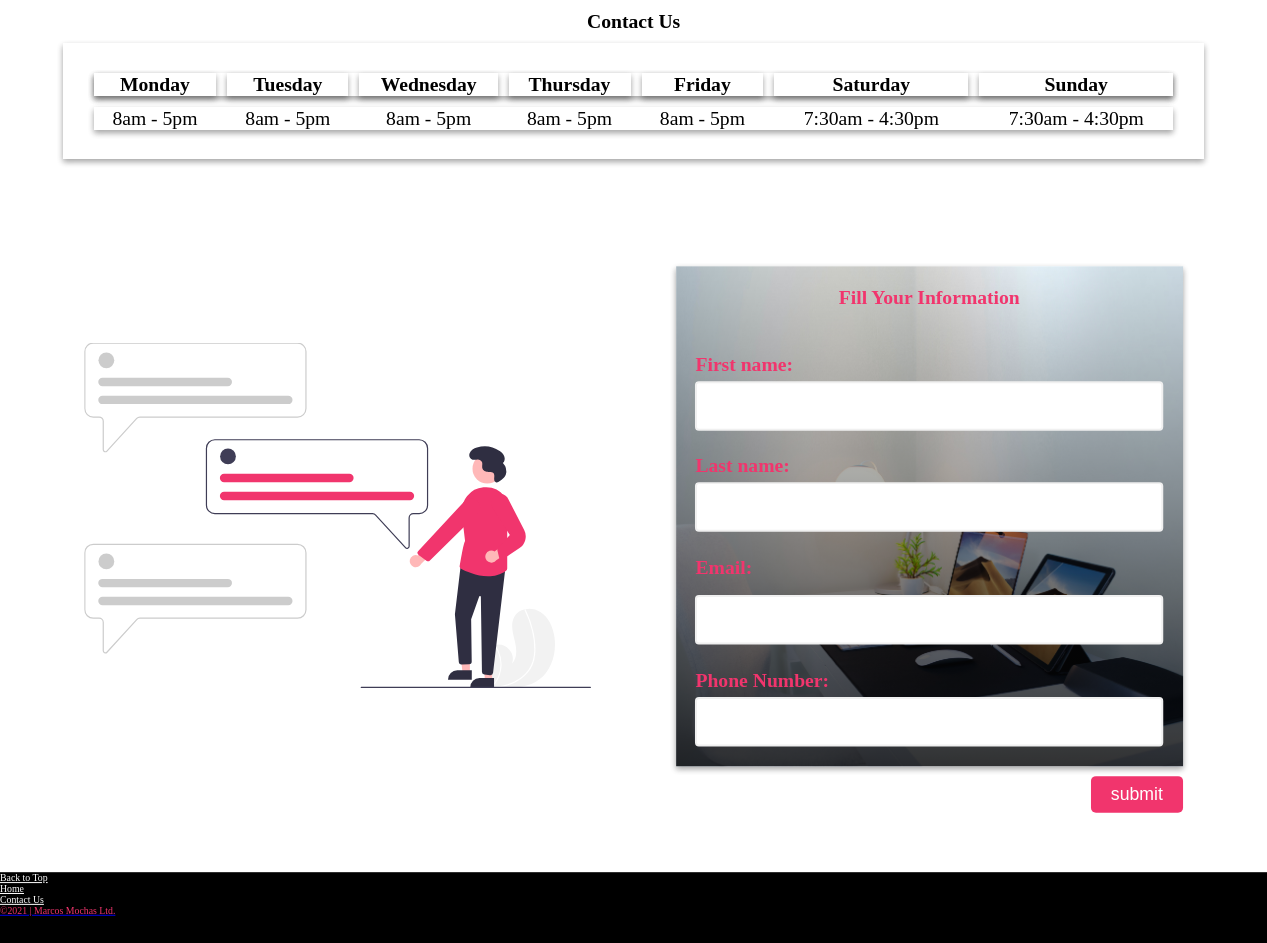
Repository: CAMPSLOPY/marcos-mochas
Page: HTML/contact.html
The author's editor kept a copy of each file at every save. The page is drawn from the files as they stood at one save, then again after a run of saves.
The browser window is 1280 px wide. The pictures show the whole page, at 99% of full size.

Above is the page before, as saved 2021-07-02 21:48:53.

After the next 2 saves:
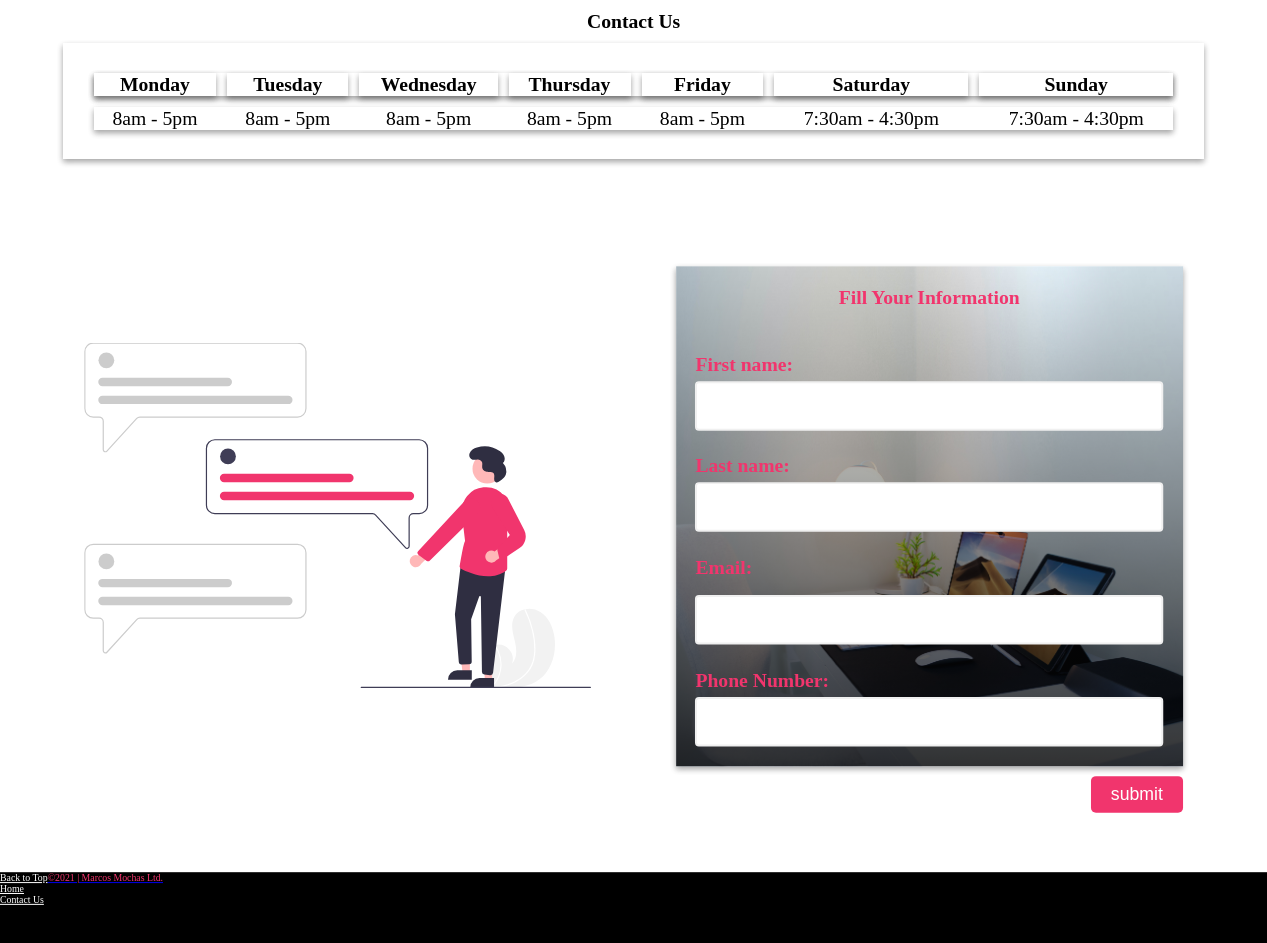
The 2 saves are shown as one change because they came seconds apart.
The last was saved 6 s later.
--- a/CSS/contact.css
+++ b/CSS/contact.css
@@ -18,7 +18,8 @@
 footer {
   min-height: 10vh;
   background: black;
-  dispa
+  display: flex;
+  flex
 }
 
 footer ul li a {

After the 5 saves that followed:
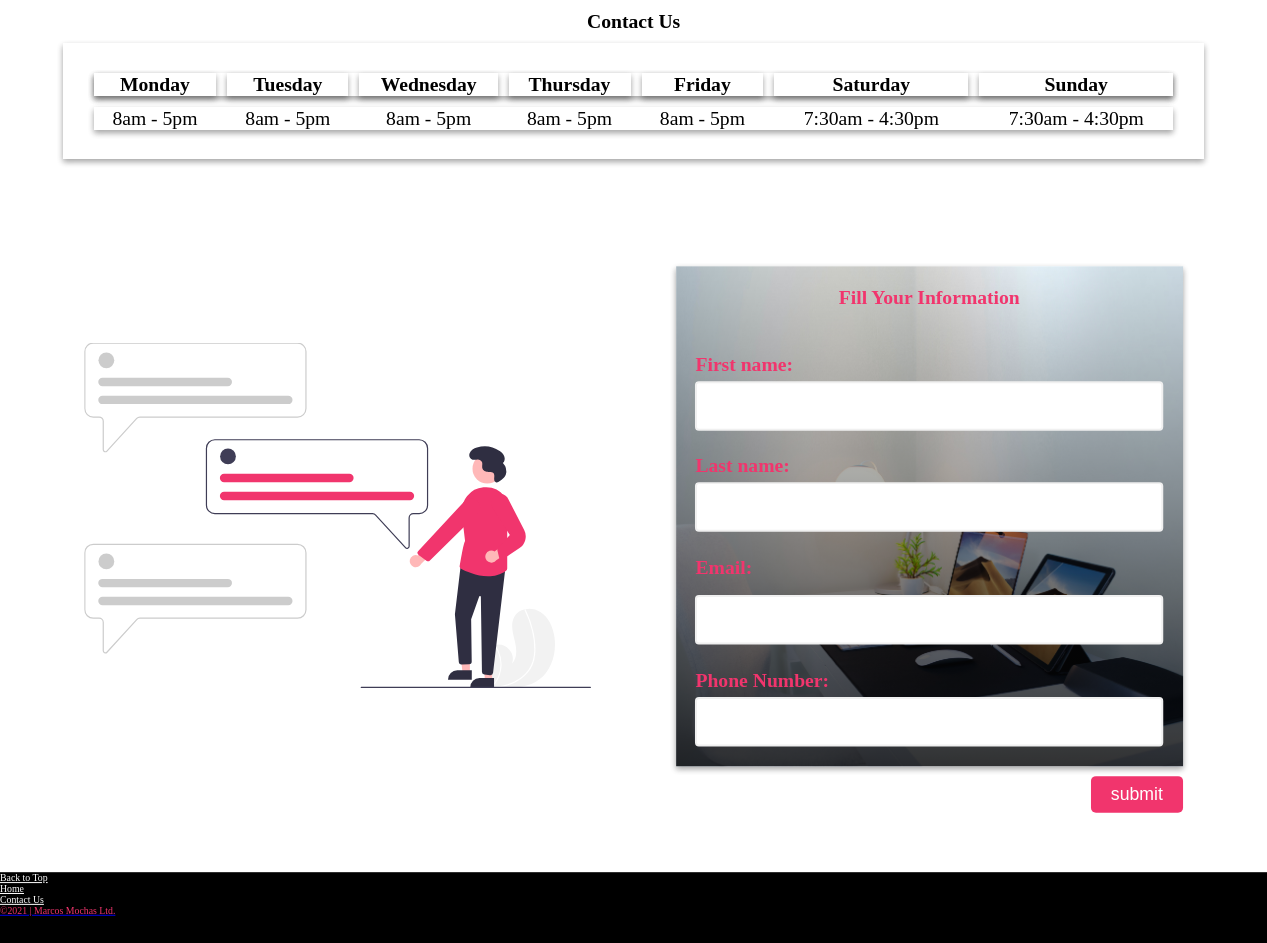
The 5 saves are shown as one change because 2 left the picture as it was and some came seconds apart.
The last was saved 22 s later.
--- a/CSS/contact.css
+++ b/CSS/contact.css
@@ -19,7 +19,7 @@
   min-height: 10vh;
   background: black;
   display: flex;
-  flex
+  flex-direction: column;
 }
 
 footer ul li a {
